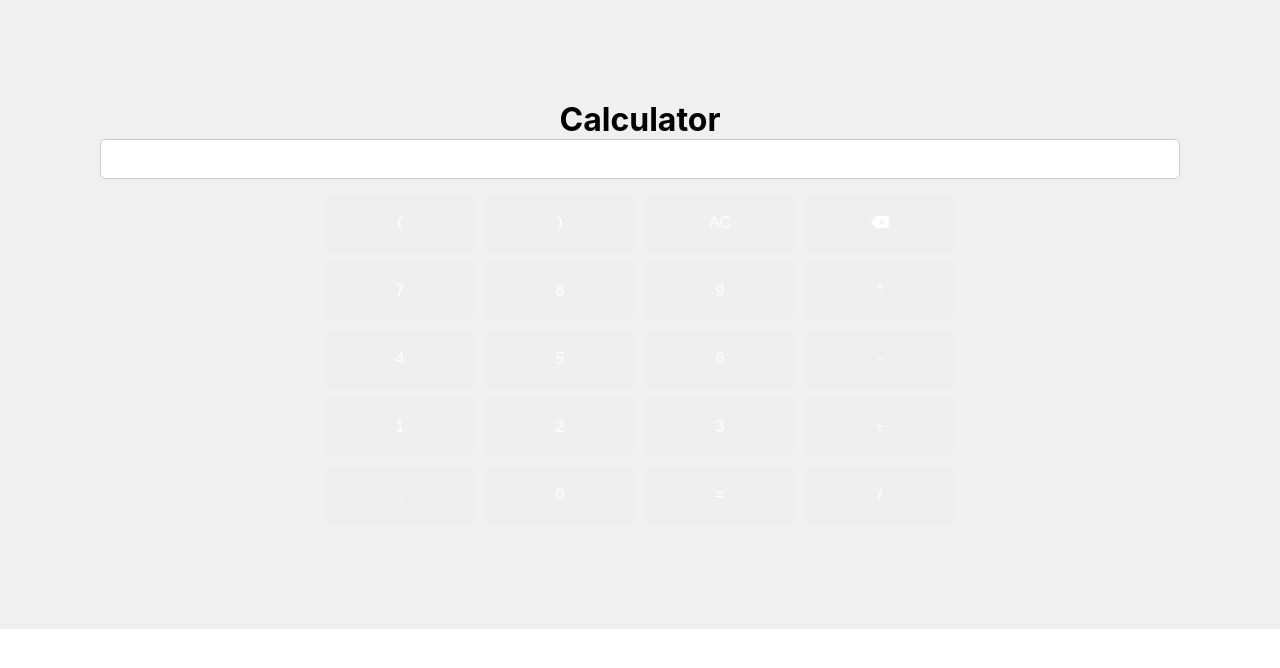
Repository: thesaherriaz/Calculator-React
Page: /
These files come from the project's save history. The page is drawn as it stood at one moment and after the next save; the edit follows.
The browser window is 1280 px wide. The pictures show the whole page.
The project was rebuilt for these pictures with package versions that can differ from the ones it lists, and the page was loaded fresh each time.

Above is the page before, as saved 2025-06-18 15:13:14.

After the next save:
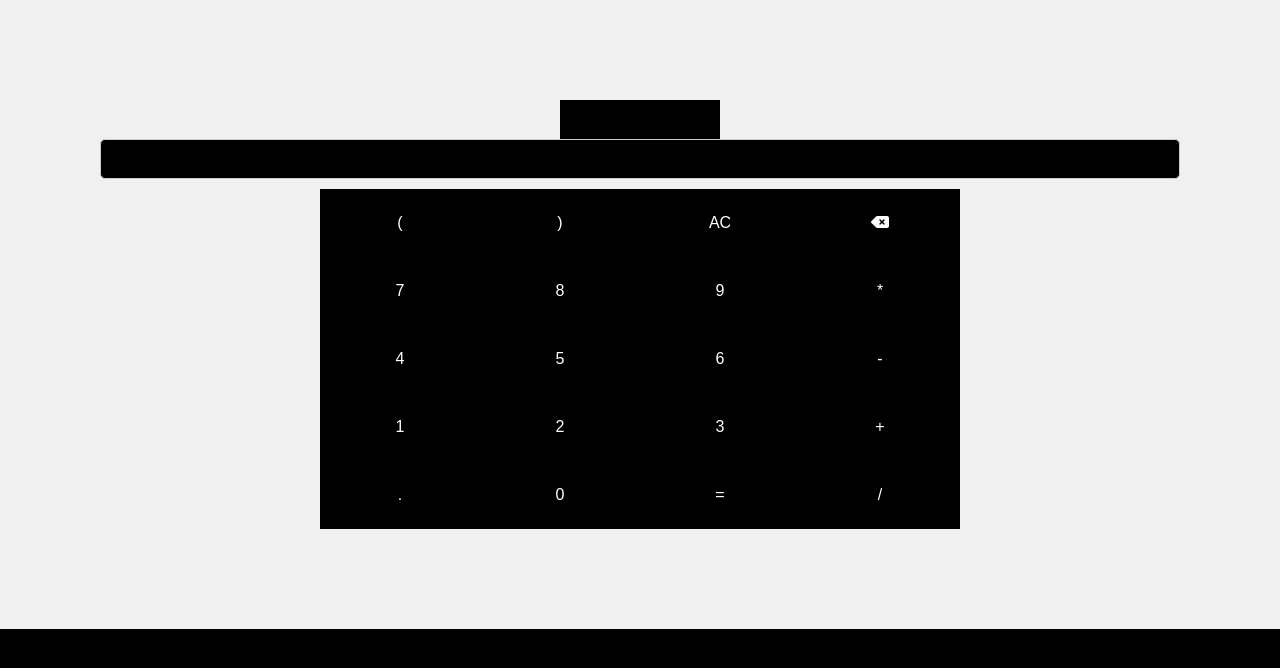
Saved 12 s later.
--- a/src/compnents/Calculator.css
+++ b/src/compnents/Calculator.css
@@ -2,6 +2,8 @@
     box-sizing: border-box;
     margin: 0;
     padding: 0;
+      background-color: black;
+
 }
 .Calculator {
   display: flex;

After the save that followed:
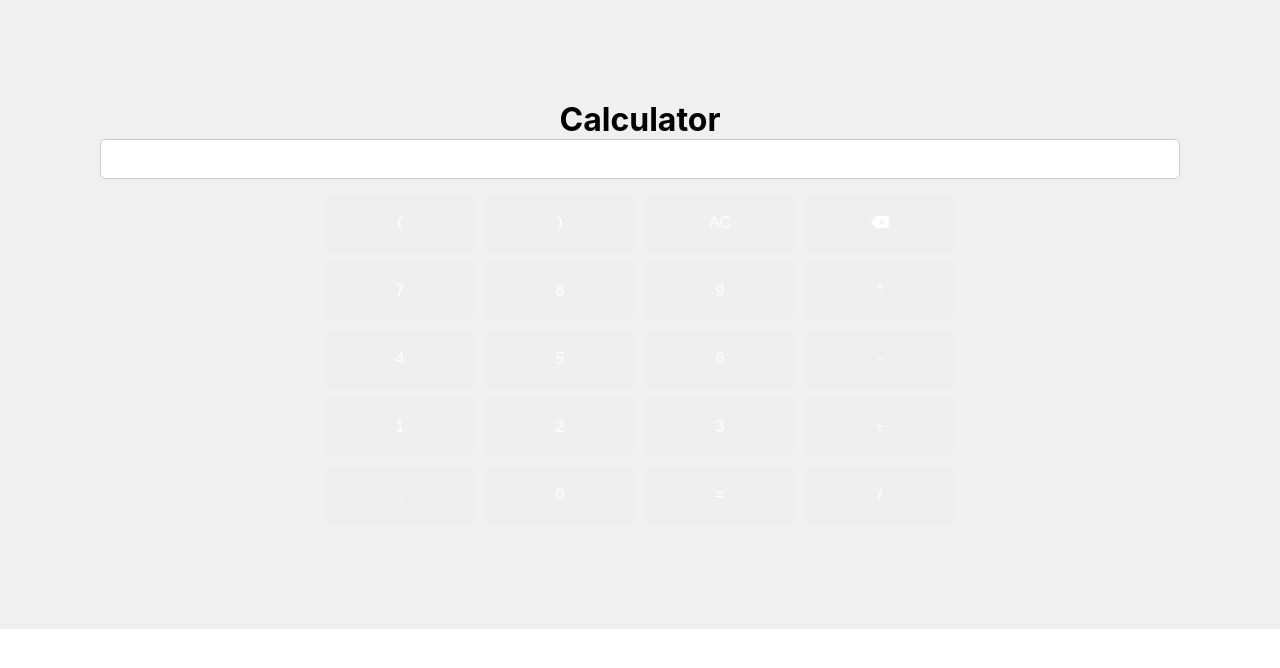
Saved 5 s later.
--- a/src/compnents/Calculator.css
+++ b/src/compnents/Calculator.css
@@ -2,7 +2,6 @@
     box-sizing: border-box;
     margin: 0;
     padding: 0;
-      background-color: black;
 
 }
 .Calculator {
